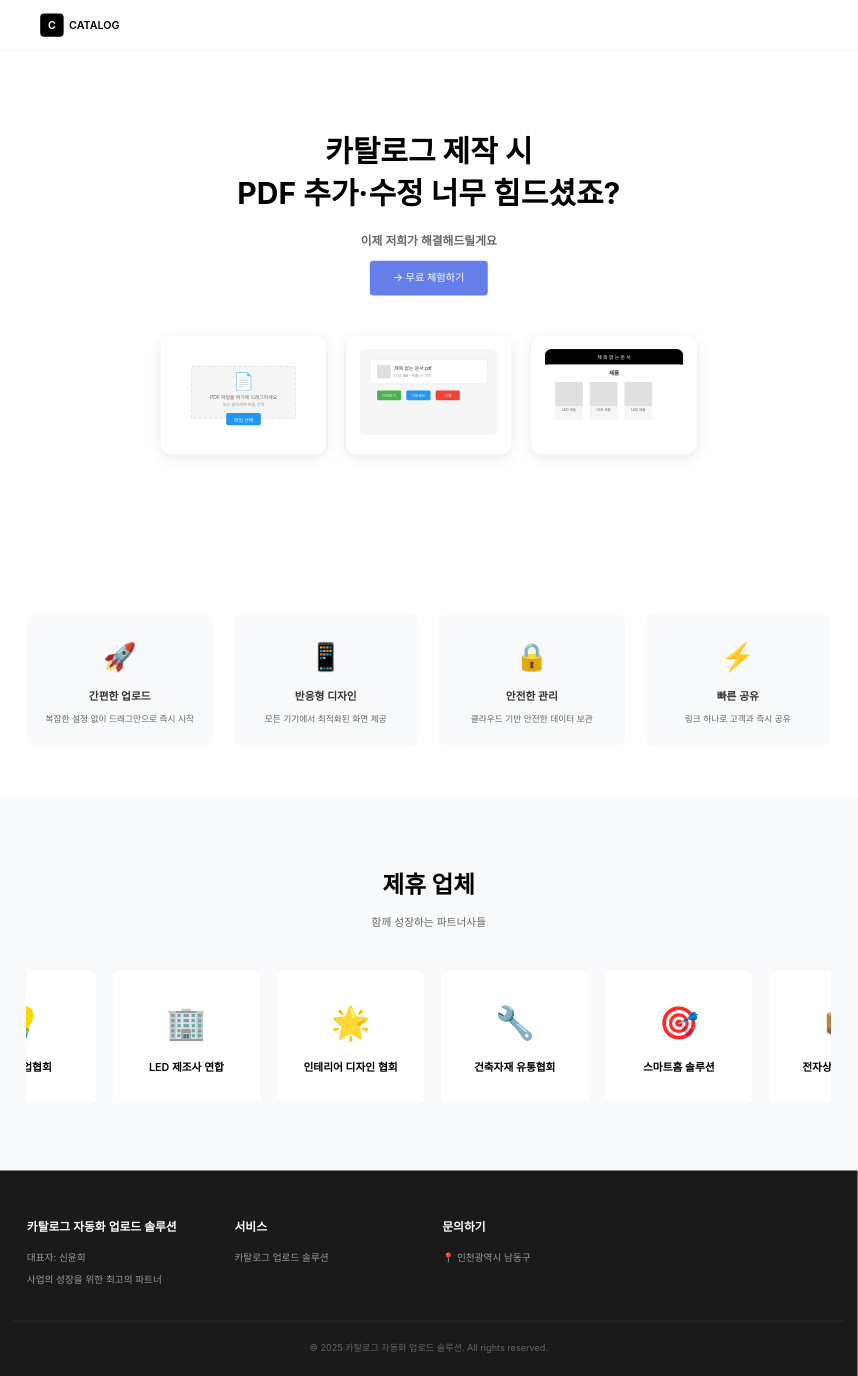
Repository: ororso11/catamaster
Page: index.html
The author's editor kept a copy of each file at every save. The page is drawn from the files as they stood at one save, then again after the next save.
The browser window is 1280 px wide. The pictures show the whole page, at 67% of full size.

Above is the page before, as saved 2025-10-05 00:14:33.
Console error: TypeError: Cannot read properties of null (reading 'classList')

### index.html
<!DOCTYPE html>
<html lang="ko">
<head>
    <meta charset="UTF-8">
    <meta name="viewport" content="width=device-width, initial-scale=1.0">
    <title>카탈로그 자동화 업로드 솔루션</title>
    <link rel="stylesheet" href="style.css">
</head>
<body>
    <!-- 스크롤 진행 바 -->
    <div class="progress-line" id="progressLine"></div>

    <!-- Header -->
    <header>
        <div class="header-container">
            <div class="logo">
                <div class="logo-icon">C</div>
                <span>CATALOG</span>
            </div>
            <nav id="mainNav"></nav>
            <button class="mobile-menu-btn" onclick="toggleMenu()">☰</button>
        </div>
    </header>

    <!-- Hero Section -->
    <section class="hero" id="home">
        <div class="hero-content">
            <h1>카탈로그 제작 시<br>PDF 추가·수정 너무 힘드셨죠?</h1>
            <p class="subtitle">이제 저희가 해결해드릴게요</p>
            <a href="dashboard.html" class="cta-button">무료 체험하기</a>

            <!-- 프로세스 시각화 -->
            <div class="process-visualization" style="margin-top: 60px; display: grid; grid-template-columns: repeat(3, 1fr); gap: 30px; max-width: 1200px; margin-left: auto; margin-right: auto;">
                <!-- Step 1 -->
                <div style="text-align: center;">
                    <div style="background: white; border-radius: 15px; padding: 20px; box-shadow: 0 4px 20px rgba(0,0,0,0.1); margin-bottom: 15px;">
                        <img src="data:[embedded picture, 772 characters]" alt="1단계" style="width: 100%; border-radius: 10px;">
                    </div>
                    <div style="color: white; font-size: 16px; font-weight: 600;">1. PDF 업로드</div>
                </div>

                <!-- Step 2 -->
                <div style="text-align: center;">
                    <div style="background: white; border-radius: 15px; padding: 20px; box-shadow: 0 4px 20px rgba(0,0,0,0.1); margin-bottom: 15px;">
                        <img src="data:[embedded picture, 1053 characters]" alt="2단계" style="width: 100%; border-radius: 10px;">
                    </div>
                    <div style="color: white; font-size: 16px; font-weight: 600;">2. 자동 처리</div>
                </div>

                <!-- Step 3 -->
                <div style="text-align: center;">
                    <div style="background: white; border-radius: 15px; padding: 20px; box-shadow: 0 4px 20px rgba(0,0,0,0.1); margin-bottom: 15px;">
                        <img src="data:[embedded picture, 1273 characters]" alt="3단계" style="width: 100%; border-radius: 10px;">
                    </div>
                    <div style="color: white; font-size: 16px; font-weight: 600;">3. 웹사이트 완성</div>
                </div>
            </div>
        </div>
    </section>

    <!-- Solutions Section - 메인 이미지 바로 아래 -->
    <section class="solutions" id="solutions" style="background: white; padding: 80px 20px;">
        <div class="solutions-grid" style="max-width: 1200px; margin: 0 auto; display: grid; grid-template-columns: repeat(4, 1fr); gap: 30px;">
            <div class="solution-card" style="background: #f8f9fa; padding: 30px 20px; border-radius: 10px; text-align: center; transition: all 0.3s;">
                <div class="solution-icon" style="font-size: 2.5rem; margin-bottom: 15px;">🚀</div>
                <h3 style="font-size: 16px; margin-bottom: 10px; color: #333; font-weight: 600;">간편한 업로드</h3>
                <p style="font-size: 13px; color: #666; line-height: 1.5;">복잡한 설정 없이 드래그만으로 즉시 시작</p>
            </div>

            <div class="solution-card" style="background: #f8f9fa; padding: 30px 20px; border-radius: 10px; text-align: center; transition: all 0.3s;">
                <div class="solution-icon" style="font-size: 2.5rem; margin-bottom: 15px;">📱</div>
                <h3 style="font-size: 16px; margin-bottom: 10px; color: #333; font-weight: 600;">반응형 디자인</h3>
                <p style="font-size: 13px; color: #666; line-height: 1.5;">모든 기기에서 최적화된 화면 제공</p>
            </div>

            <div class="solution-card" style="background: #f8f9fa; padding: 30px 20px; border-radius: 10px; text-align: center; transition: all 0.3s;">
                <div class="solution-icon" style="font-size: 2.5rem; margin-bottom: 15px;">🔒</div>
                <h3 style="font-size: 16px; margin-bottom: 10px; color: #333; font-weight: 600;">안전한 관리</h3>
                <p style="font-size: 13px; color: #666; line-height: 1.5;">클라우드 기반 안전한 데이터 보관</p>
            </div>

            <div class="solution-card" style="background: #f8f9fa; padding: 30px 20px; border-radius: 10px; text-align: center; transition: all 0.3s;">
                <div class="solution-icon" style="font-size: 2.5rem; margin-bottom: 15px;">⚡</div>
                <h3 style="font-size: 16px; margin-bottom: 10px; color: #333; font-weight: 600;">빠른 공유</h3>
                <p style="font-size: 13px; color: #666; line-height: 1.5;">링크 하나로 고객과 즉시 공유</p>
            </div>
        </div>
    </section>

    <!-- Partners Section -->
    <section class="partners" id="partners">
        <h2 class="section-title">제휴 업체</h2>
        <p class="section-subtitle">함께 성장하는 파트너사들</p>

        <div class="partners-slider">
            <div class="partners-track">
                <div class="partner-card">
                    <div class="partner-logo">💡</div>
                    <div class="partner-name">조명산업협회</div>
                </div>
                <div class="partner-card">
                    <div class="partner-logo">🏢</div>
                    <div class="partner-name">LED 제조사 연합</div>
                </div>
                <div class="partner-card">
                    <div class="partner-logo">🌟</div>
                    <div class="partner-name">인테리어 디자인 협회</div>
                </div>
                <div class="partner-card">
                    <div class="partner-logo">🔧</div>
                    <div class="partner-name">건축자재 유통협회</div>
                </div>
                <div class="partner-card">
                    <div class="partner-logo">🎯</div>
                    <div class="partner-name">스마트홈 솔루션</div>
                </div>
                <div class="partner-card">
                    <div class="partner-logo">📦</div>
                    <div class="partner-name">전자상거래 플랫폼</div>
                </div>
                <div class="partner-card">
                    <div class="partner-logo">🏭</div>
                    <div class="partner-name">제조업 협회</div>
                </div>
                <div class="partner-card">
                    <div class="partner-logo">🛠️</div>
                    <div class="partner-name">산업용품 유통사</div>
                </div>
                <!-- 복제 -->
                <div class="partner-card">
                    <div class="partner-logo">💡</div>
                    <div class="partner-name">조명산업협회</div>
                </div>
                <div class="partner-card">
                    <div class="partner-logo">🏢</div>
                    <div class="partner-name">LED 제조사 연합</div>
                </div>
                <div class="partner-card">
                    <div class="partner-logo">🌟</div>
                    <div class="partner-name">인테리어 디자인 협회</div>
                </div>
                <div class="partner-card">
                    <div class="partner-logo">🔧</div>
                    <div class="partner-name">건축자재 유통협회</div>
                </div>
            </div>
        </div>
    </section>

    <!-- Footer -->
    <footer id="contact">
        <div class="footer-content">
            <div class="footer-section">
                <h3>카탈로그 자동화 업로드 솔루션</h3>
                <p>대표자: 신윤희</p>
                <p>사업의 성장을 위한 최고의 파트너</p>
            </div>

            <div class="footer-section">
                <h3>서비스</h3>
                <a href="#solutions">카탈로그 업로드 솔루션</a>
            </div>

            <div class="footer-section">
                <h3>문의하기</h3>
                <p>📍 인천광역시 남동구</p>
            </div>
        </div>

        <div class="footer-bottom">
            <p>&copy; 2025 카탈로그 자동화 업로드 솔루션. All rights reserved.</p>
        </div>
    </footer>

    <script src="script.js"></script>
</body>
</html>

### style.css
* {
    margin: 0;
    padding: 0;
    box-sizing: border-box;
}

body {
    font-family: -apple-system, BlinkMacSystemFont, 'Segoe UI', 'Malgun Gothic', sans-serif;
    color: #333;
    line-height: 1.6;
    overflow-x: hidden;
}

/* 스크롤 진행 바 */
.progress-line {
    position: fixed;
    top: 0;
    left: 0;
    height: 3px;
    background: #667eea;
    width: 0%;
    transition: width 0.3s ease;
    z-index: 9999;
}

/* Header */
header {
    background: white;
    padding: 20px 0;
    box-shadow: 0 1px 0 rgba(0,0,0,0.05);
    position: sticky;
    top: 0;
    z-index: 100;
}

.header-container {
    max-width: 1200px;
    margin: 0 auto;
    padding: 0 20px;
    display: flex;
    justify-content: space-between;
    align-items: center;
}

.logo {
    display: flex;
    align-items: center;
    gap: 8px;
    font-size: 1rem;
    font-weight: 600;
    color: #000;
}

.logo-icon {
    width: 35px;
    height: 35px;
    background: #000;
    border-radius: 6px;
    display: flex;
    align-items: center;
    justify-content: center;
    color: white;
    font-size: 1rem;
}

nav {
    display: flex;
    gap: 35px;
    align-items: center;
}

nav a {
    color: #333;
    text-decoration: none;
    font-size: 0.9rem;
    font-weight: 400;
    transition: color 0.3s;
}

nav a:hover {
    color: #666;
}

.mobile-menu-btn {
    display: none;
    background: none;
    border: none;
    font-size: 1.5rem;
    cursor: pointer;
}

/* Hero Section - 심플한 흰색 배경 */
.hero {
    background: white;
    padding: 120px 20px;
    text-align: center;
    position: relative;
    overflow: hidden;
}

.hero-content {
    max-width: 800px;
    margin: 0 auto;
    position: relative;
    z-index: 2;
}

.hero h1 {
    font-size: 2.8rem;
    font-weight: 700;
    margin-bottom: 25px;
    color: #000;
    line-height: 1.4;
}

.hero .subtitle {
    font-size: 1.1rem;
    color: #666;
    margin-bottom: 15px;
    font-weight: 600;
}

.hero .description {
    font-size: 1rem;
    color: #666;
    margin-bottom: 40px;
}

.cta-button {
    display: inline-block;
    padding: 14px 35px;
    background: #667eea;
    color: white;
    text-decoration: none;
    border-radius: 5px;
    font-weight: 500;
    font-size: 0.95rem;
    transition: all 0.3s;
}

.cta-button:hover {
    background: #5568d3;
    transform: translateY(-2px);
}

.cta-button::before {
    content: '→ ';
}

/* 입자 효과 제거 */
.particles {
    display: none;
}

.particle {
    display: none;
}

/* Partners Section */
.partners {
    padding: 100px 20px;
    background: #f8f9fa;
    overflow: hidden;
}

.section-title {
    text-align: center;
    font-size: 2.2rem;
    color: #000;
    margin-bottom: 15px;
    font-weight: 700;
}

.section-subtitle {
    text-align: center;
    color: #666;
    margin-bottom: 60px;
    font-size: 1rem;
}

.partners-slider {
    max-width: 1200px;
    margin: 60px auto 0;
    overflow: hidden;
    position: relative;
}

.partners-track {
    display: flex;
    gap: 25px;
    animation: scroll 30s linear infinite;
}

@keyframes scroll {
    0% {
        transform: translateX(0);
    }
    100% {
        transform: translateX(-50%);
    }
}

.partners-track:hover {
    animation-play-state: paused;
}

.partner-card {
    min-width: 220px;
    background: white;
    padding: 40px 25px;
    border-radius: 10px;
    text-align: center;
    transition: all 0.3s;
    flex-shrink: 0;
}

.partner-card:hover {
    box-shadow: 0 5px 20px rgba(0,0,0,0.1);
    transform: translateY(-5px);
}

.partner-logo {
    font-size: 3rem;
    margin-bottom: 15px;
}

.partner-name {
    font-weight: 600;
    color: #000;
    font-size: 1rem;
}

/* Solutions Section */
.solutions {
    padding: 100px 20px;
    background: white;
}

.solutions-grid {
    max-width: 1200px;
    margin: 0 auto;
    display: grid;
    grid-template-columns: repeat(3, 1fr);
    gap: 30px;
}

.solution-card {
    background: #f8f9fa;
    padding: 35px 25px;
    border-radius: 10px;
    transition: all 0.3s;
}

.solution-card:hover {
    background: #e9ecef;
    transform: translateY(-5px);
}

.solution-icon {
    font-size: 2.8rem;
    margin-bottom: 18px;
}

.solution-card h3 {
    color: #000;
    margin-bottom: 12px;
    font-size: 1.25rem;
    font-weight: 600;
}

.solution-card p {
    color: #666;
    line-height: 1.6;
    font-size: 0.9rem;
}

/* Footer */
footer {
    background: #1a1a1a;
    color: #999;
    padding: 70px 20px 30px;
}

.footer-content {
    max-width: 1200px;
    margin: 0 auto;
    display: grid;
    grid-template-columns: repeat(4, 1fr);
    gap: 40px;
    margin-bottom: 40px;
}

.footer-section h3 {
    margin-bottom: 20px;
    font-size: 1.1rem;
    color: white;
    font-weight: 600;
}

.footer-section p,
.footer-section a {
    color: #999;
    text-decoration: none;
    display: block;
    margin-bottom: 10px;
    font-size: 0.9rem;
    transition: color 0.3s;
}

.footer-section a:hover {
    color: white;
}

.footer-bottom {
    text-align: center;
    padding-top: 30px;
    border-top: 1px solid #333;
    color: #666;
    font-size: 0.85rem;
}

.company-badge {
    position: fixed;
    bottom: 30px;
    right: 30px;
    font-size: 2rem;
    color: #ccc;
    font-weight: 300;
    letter-spacing: 2px;
    font-family: serif;
}

/* Mobile Responsive */
@media (max-width: 768px) {
    nav {
        display: none;
        position: absolute;
        top: 75px;
        left: 0;
        right: 0;
        background: white;
        flex-direction: column;
        padding: 20px;
        box-shadow: 0 5px 20px rgba(0,0,0,0.1);
    }

    nav.active {
        display: flex;
    }

    .mobile-menu-btn {
        display: block;
    }

    .hero h1 {
        font-size: 1.8rem;
    }

    .solutions-grid {
        grid-template-columns: 1fr;
    }

    .footer-content {
        grid-template-columns: 1fr;
    }

    .company-badge {
        display: none;
    }
}

Loaded but not shown: script.js (455 lines, source omitted)

After the next save:
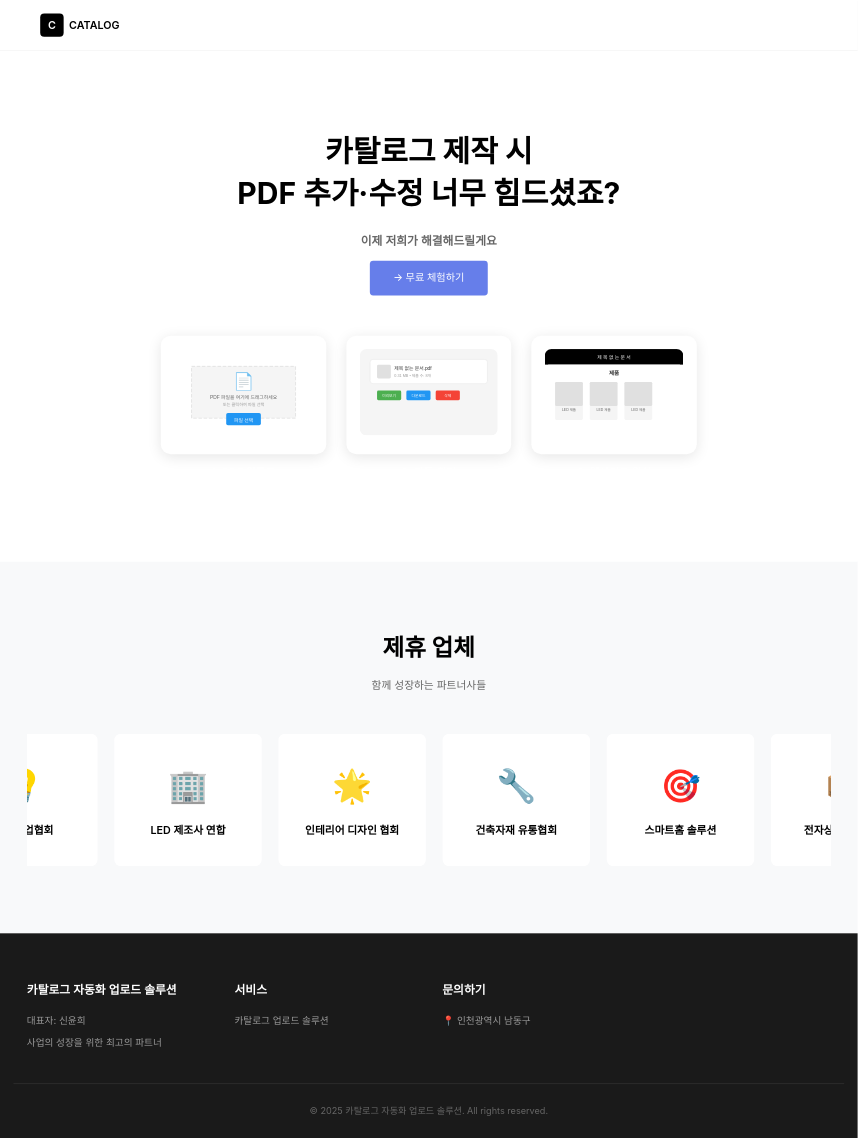
Saved 43 s later.
--- a/index.html
+++ b/index.html
@@ -58,34 +58,6 @@
         </div>
     </section>
 
-    <!-- Solutions Section - 메인 이미지 바로 아래 -->
-    <section class="solutions" id="solutions" style="background: white; padding: 80px 20px;">
-        <div class="solutions-grid" style="max-width: 1200px; margin: 0 auto; display: grid; grid-template-columns: repeat(4, 1fr); gap: 30px;">
-            <div class="solution-card" style="background: #f8f9fa; padding: 30px 20px; border-radius: 10px; text-align: center; transition: all 0.3s;">
-                <div class="solution-icon" style="font-size: 2.5rem; margin-bottom: 15px;">🚀</div>
-                <h3 style="font-size: 16px; margin-bottom: 10px; color: #333; font-weight: 600;">간편한 업로드</h3>
-                <p style="font-size: 13px; color: #666; line-height: 1.5;">복잡한 설정 없이 드래그만으로 즉시 시작</p>
-            </div>
-
-            <div class="solution-card" style="background: #f8f9fa; padding: 30px 20px; border-radius: 10px; text-align: center; transition: all 0.3s;">
-                <div class="solution-icon" style="font-size: 2.5rem; margin-bottom: 15px;">📱</div>
-                <h3 style="font-size: 16px; margin-bottom: 10px; color: #333; font-weight: 600;">반응형 디자인</h3>
-                <p style="font-size: 13px; color: #666; line-height: 1.5;">모든 기기에서 최적화된 화면 제공</p>
-            </div>
-
-            <div class="solution-card" style="background: #f8f9fa; padding: 30px 20px; border-radius: 10px; text-align: center; transition: all 0.3s;">
-                <div class="solution-icon" style="font-size: 2.5rem; margin-bottom: 15px;">🔒</div>
-                <h3 style="font-size: 16px; margin-bottom: 10px; color: #333; font-weight: 600;">안전한 관리</h3>
-                <p style="font-size: 13px; color: #666; line-height: 1.5;">클라우드 기반 안전한 데이터 보관</p>
-            </div>
-
-            <div class="solution-card" style="background: #f8f9fa; padding: 30px 20px; border-radius: 10px; text-align: center; transition: all 0.3s;">
-                <div class="solution-icon" style="font-size: 2.5rem; margin-bottom: 15px;">⚡</div>
-                <h3 style="font-size: 16px; margin-bottom: 10px; color: #333; font-weight: 600;">빠른 공유</h3>
-                <p style="font-size: 13px; color: #666; line-height: 1.5;">링크 하나로 고객과 즉시 공유</p>
-            </div>
-        </div>
-    </section>
 
     <!-- Partners Section -->
     <section class="partners" id="partners">
